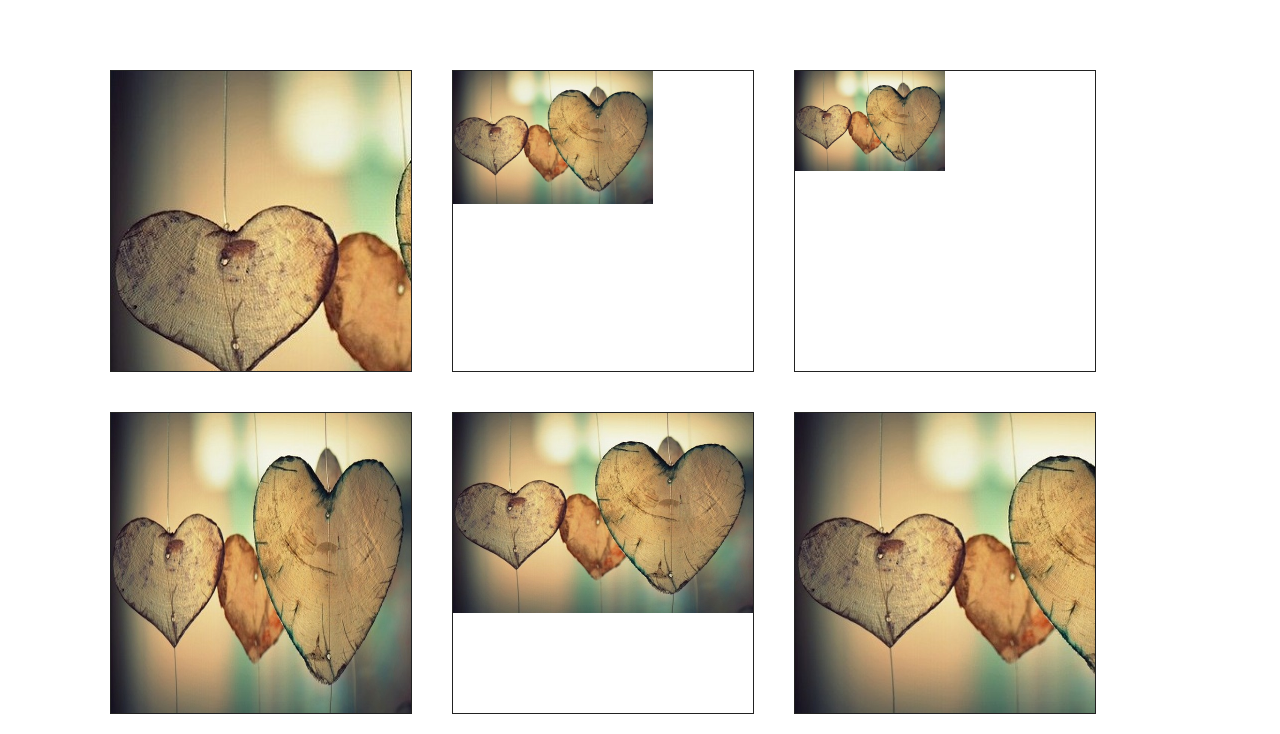
Repository: topyoungil/CodeMemories-ByJake
Page: HTML_CSS/WebContent/test/1003_css/bg-4.html
These files come from the project's save history. The page is drawn as it stood at one moment and after the next save; the edit follows.
The browser window is 1280 px wide. The pictures show the whole page.
Backgrounds fixed to the window are drawn as part of the page.

Above is the page before, as saved 2022-10-03 13:48:23.

After the next save:
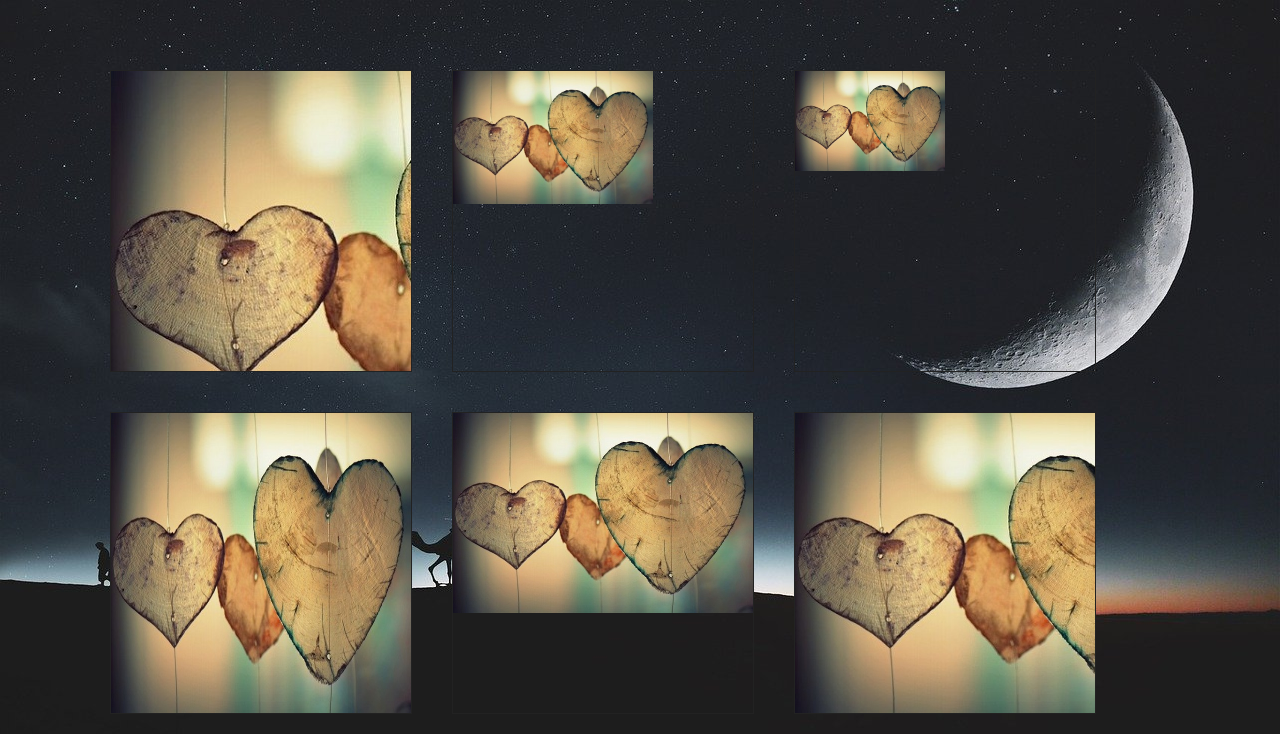
Saved 43 s later.
--- a/HTML_CSS/WebContent/test/1003_css/bg-4.html
+++ b/HTML_CSS/WebContent/test/1003_css/bg-4.html
@@ -6,8 +6,8 @@
 <style>
 
 	body {
-		url ('images/bg5.jpg')
-
+		background: url('images/bg5.jpg') left top no-repeat fixed;
+		background-size: cover;
 	}
 
 	#container {
